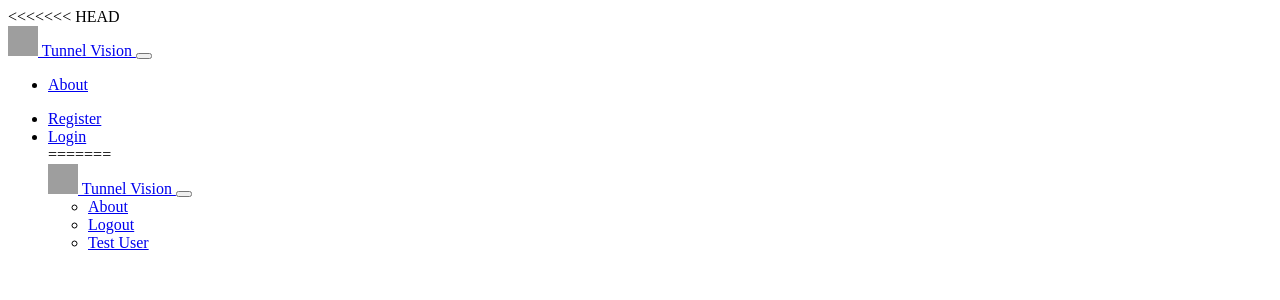
Repository: Hammam0827/maven-jenkins-exercise
Page: http://localhost/devops_project/top-navigation.jsp
These files come from the project's save history. The page is drawn as it stood at one moment and after the next save; the edit follows.
The browser window is 1280 px wide. The pictures show the whole page.
Pictures or frames that could not be fetched are drawn as grey boxes. The page is served by Tomcat 9. The session is filled in as if someone had signed in: {"name": "Test User"}.

Above is the page before, as saved 2022-11-30 12:07:56.

After the next save:
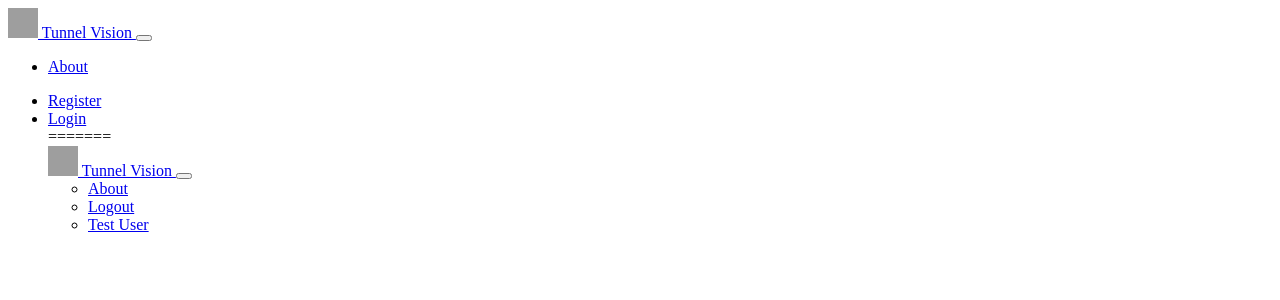
Saved 110 s later.
--- a/devops_project/src/main/webapp/top-navigation.jsp
+++ b/devops_project/src/main/webapp/top-navigation.jsp
@@ -1,4 +1,4 @@
-<<<<<<< HEAD
+
 <nav class="navbar navbar-expand-md bg-dark navbar-dark">
 	<a class="navbar-brand" href="#"> <img
 		src="${pageContext.request.contextPath}/images/productivity.jpg" width="30" height="30"
